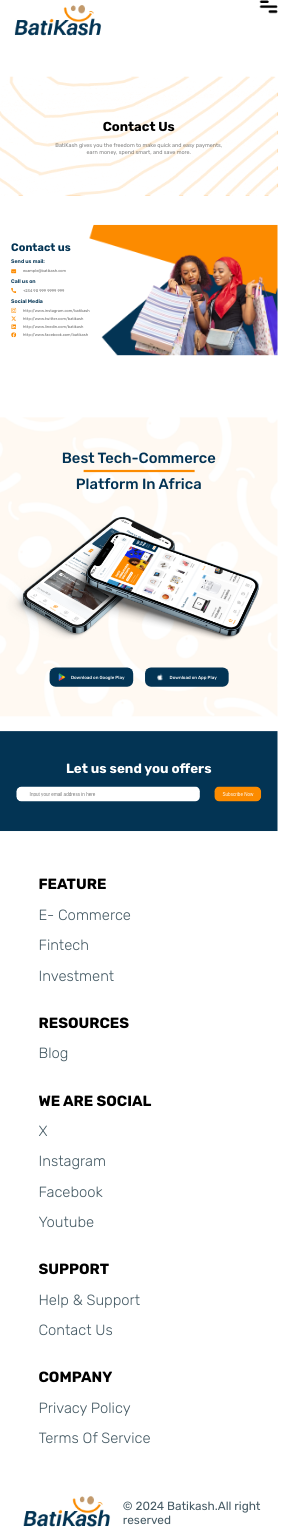
Repository: Batikashdev/batikash-website
Page: /contact
These files come from the project's save history. The page is drawn as it stood at one moment and after the next save; the edit follows.
The browser window is 375 px wide. The page is 375 px wide, then 408 px, so the pictures cover 408 px, including what lies to the right of the window. The pictures show the whole page, at 74% of full size.
The project was rebuilt for these pictures with package versions that can differ from the ones it lists, and the page was loaded fresh each time. Also part of the build but not shown: vite.config.js, src/App.css, src/pages/About.jsx, src/components/blog/blog.scss, src/components/blog/BlogPost.jsx, src/components/blog/Frame1.jsx, src/components/blog/dummydate.js, src/pages/Blog.jsx and 7 more.

Above is the page before, as saved 2024-06-22 17:53:56.

After the next save:
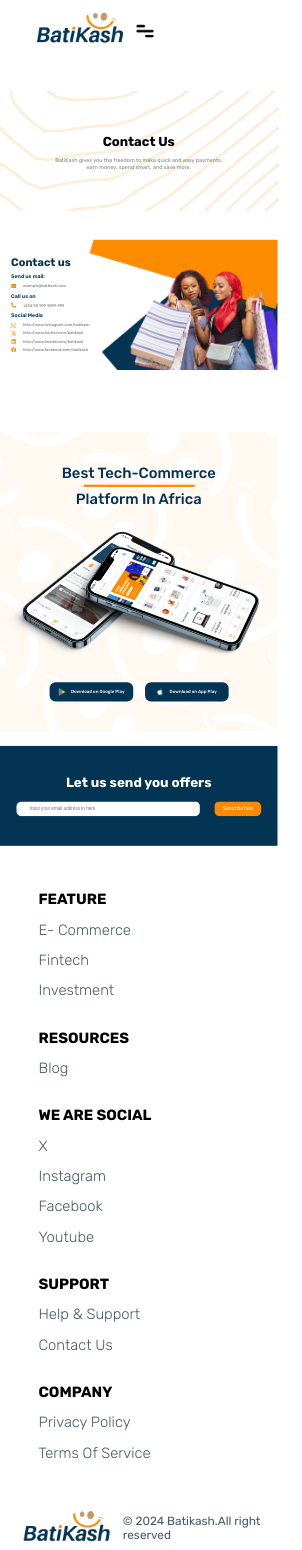
Saved 25 s later.
--- a/src/components/navbar/navbar.scss
+++ b/src/components/navbar/navbar.scss
@@ -33,10 +33,24 @@
     .mobile-nav {
         display: flex;
         justify-content: space-between;
-        img {
-            width: 100%;
+        align-items: center;
+        padding: 10px 30px;
+        .left-nav {
+            flex: 1;
         }
+        .right-nav {
+            display: flex;
+            justify-content: flex-end;
+            padding-right: 200px;
+            font-size: 20px;
+            font-weight: 400;
+            flex: 1;
+            gap: 50px;
+            :active {
+                color: #FC8B00;
+            }
 
+        }
     }
 
 
